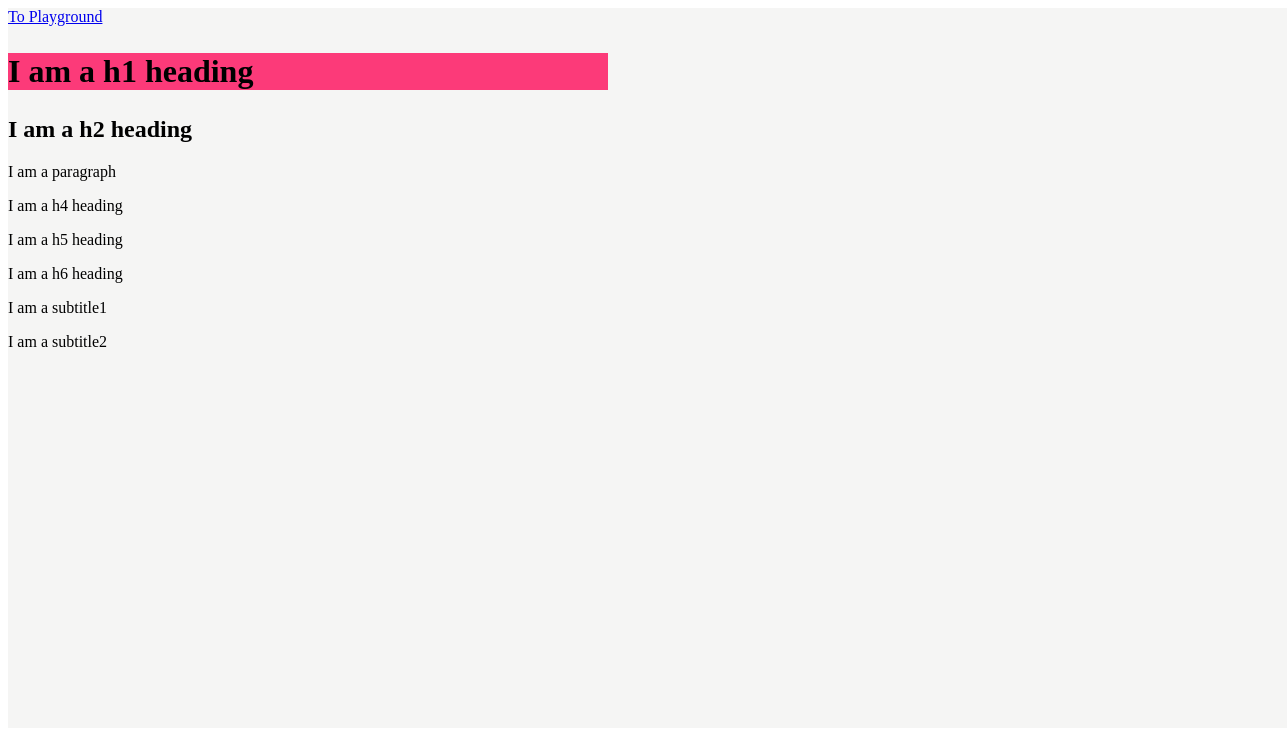
Repository: Terrycoco/coco-playground-starter
Page: /
The author's editor kept a copy of each file at every save. The page is drawn from the files as they stood at one save, then again after the next save.
The browser window is 1280 px wide. The page is 1287 px wide, so the pictures cover 1287 px, including what lies to the right of the window. The pictures show the whole page.
Some web fonts or font styles are not loaded; a fallback is used. The project was rebuilt for these pictures with package versions that can differ from the ones it lists, and the page was loaded fresh each time. The framework's server and built-in components were replaced by stand-ins that run in the browser. Also part of the build but not shown: next.config.js, src/dev/components/dropdowns/ColorDropdown.js, src/dev/components/dropdowns/FontDropdown.js, src/dev/components/dropdowns/Dropdown.js.

Above is the page before, as saved 2023-02-17 12:29:26.

### src/pages/_app.js
import "@/styles/theme.css";
import Head from "next/head";
import { ThemeProvider, ViewportProvider } from "@/context";
import "../libraries/fontawesome";
import { fontVariables } from "@/utils/fonts";

export default function App({ Component, pageProps }) {
  return (
    <div>
      <ViewportProvider>
        <ThemeProvider key="themeprovider">
          <Head>
            <meta
              name="viewport"
              content="width=device-width, initial-scale=1.0"
            />
          </Head>

          <Component {...pageProps} />
        </ThemeProvider>
      </ViewportProvider>
    </div>
  );
}

### src/pages/index.js
import Head from "next/head";
import Image from "next/image";
import { Inter } from "@next/font/google";
import Link from "next/link";
import Page from "@/components/layout/Page";
//import styles from "@/styles/Home.module.css";

import { ColorDropdown } from "@/dev/components/dropdowns";

const inter = Inter({ subsets: ["latin"] });

export default function Home() {
  return (
    <>
      <Head>
        <title>Create Next App</title>
        <meta name="description" content="Generated by create next app" />
        <meta name="viewport" content="width=device-width, initial-scale=1" />
        <link rel="icon" href="/favicon.ico" />
      </Head>
      <main>
        <Page>
          <Link
            type="button"
            className="inline-block px-6 py-2.5 bg-blue-600 text-white font-medium text-xs leading-tight uppercase rounded shadow-md hover:bg-blue-700 hover:shadow-lg focus:bg-blue-700 focus:shadow-lg focus:outline-none focus:ring-0 active:bg-blue-800 active:shadow-lg transition duration-150 ease-in-out"
            href="/playground"
          >
            To Playground
          </Link>
          <section style={{ maxWidth: "600px" }}>
            <h1
              key={Math.random()}
              elem="h1"
              style={{
                backgroundColor: "var(--clr-primary)",
                fontFamily: "var(--font-display)",
              }}
            >
              I am a h1 heading
            </h1>

            <h2 key={Math.random()} elem="h2">
              I am a h2 heading
            </h2>
            <p key={Math.random()} elem="h3">
              I am a paragraph
            </p>
            <p key={Math.random()} elem="h4">
              I am a h4 heading
            </p>

            <p key={Math.random()} elem="h5">
              I am a h5 heading
            </p>
            <p key={Math.random()} elem="h6">
              I am a h6 heading
            </p>
            <p key={Math.random()} elem="subtitle1">
              I am a subtitle1
            </p>
            <p key={Math.random()} elem="subtitle2">
              I am a subtitle2
            </p>
          </section>
        </Page>
      </main>
    </>
  );
}

### src/styles/theme.css
/*THIS FILE IS AUTOMATICALLY PRODUCED FROM THEME SETTINGS
DO NOT MAKE CHANGES HERE */

@import "./fonts.css";

:root {
  --mobile: 0em;
  --lg-mobile: 36em;
  --tablet: 48em;
  --laptop: 62em;
  --desktop: 75em;
  --tv: 87.5em;
  --clr-primary: #fc3a79;
  --clr-secondary: #fe572e;
  --clr-blackish: #261f22;
  --clr-whitish: #f5f5f4;
  --clr-error: #dc2626;
  --font-body: var(--font-montserrat);
  --font-display: var(--font-josefin-sans);
  --font-special: var(--font-oleo-script);
  --font-mono: var(--font-space-mono);
  --font-size: 16px;
}

@media screen and (min-width: var(--lg-mobile)) {
  html {
    font-size: 17px;
  }
}

@media screen and (min-width: var(--tablet)) {
  html {
    font-size: 19px;
  }
}

h1 {
  font-family: var(--font-display);
  font-size: 2rem;
}

### src/context/index.js
import { ThemeProvider } from "./ThemeContext";
import { ViewportProvider } from "./ViewportContext";

module.exports = { ThemeProvider, ViewportProvider };

### src/libraries/fontawesome.js
// import the library
import { library, config } from "@fortawesome/fontawesome-svg-core";

//import your icons
import { faSquare } from "@fortawesome/free-solid-svg-icons";

config.autoAddCss = false;

library.add(
  faSquare
  // more icons go here
);

### src/utils/fonts.js
import { toCamelCase, isOneOf } from "@/utils/strings";

//import from @next/font
import {
  Raleway,
  Inter,
  Space_Mono,
  Playfair_Display,
  Nunito,
  Rubik,
  Work_Sans,
  Quicksand,
  Karla,
  Josefin_Sans,
  //Noto_Sans_Bengali,
  Lora,
  Bitter,
  Roboto_Serif,
  //Noto_Serif_Bengali,
  // Noto_Sans_Display,
  // Noto_Serif_Display,
  Roboto_Mono,
  Comfortaa,
  Open_Sans,
  Oleo_Script,
  Sansita_Swashed,
  Roboto_Flex,
  Montserrat,
} from "@next/font/google";

//load each font (must do this manually UNFORTUNATELY!!!!)
const raleway = Raleway({
  subsets: ["latin"],
  variable: "--font-raleway",
});
const inter = Inter({
  subsets: ["latin"],
  variable: "--font-inter",
});
const spaceMono = Space_Mono({
  subsets: ["latin"],
  variable: "--font-space-mono",
  weight: "400",
});
const playfairDisplay = Playfair_Display({
  subsets: ["latin"],
  variable: "--font-playfair-display",
});
const nunito = Nunito({
  subsets: ["latin"],
  variable: "--font-nunito",
});
const rubik = Rubik({
  subsets: ["latin"],
  variable: "--font-rubik",
});
const workSans = Work_Sans({
  subsets: ["latin"],
  variable: "--font-work-sans",
});
const quicksand = Quicksand({
  subsets: ["latin"],
  variable: "--font-quicksand",
});
const karla = Karla({
  subsets: ["latin"],
  variable: "--font-karla",
});
const josefinSans = Josefin_Sans({
  subsets: ["latin"],
  variable: "--font-josefin-sans",
});
// const notoSansBengali = Noto_Sans_Bengali({
//   subsets: ["latin"],
//   variable: "--font-noto-sans-bengali",
// });
const lora = Lora({
  subsets: ["latin"],
  variable: "--font-lora",
});
const bitter = Bitter({
  subsets: ["latin"],
  variable: "--font-bitter",
});
const robotoSerif = Roboto_Serif({
  subsets: ["latin"],
  variable: "--font-roboto-serif",
});
// const notoSerifBengali = Noto_Serif_Bengali({
//   subsets: ["latin"],
//   variable: "--font-noto-serif-bengali",
// });

// const notoSansDisplay = Noto_Sans_Display({
//   subsets: ["latin"],
//   variable: "--font-noto-sans-display",
// });
// const notoSerifDisplay = Noto_Serif_Display({
//   subsets: ["latin"],
//   variable: "--font-noto-serif-display",
// });
const robotoMono = Roboto_Mono({
  subsets: ["latin"],
  variable: "--font-roboto_mono",
});
const comfortaa = Comfortaa({
  subsets: ["latin"],
  variable: "--font-comfortaa",
});
const openSans = Open_Sans({
  subsets: ["latin"],
  variable: "--font-open_sans",
});
const oleoScript = Oleo_Script({
  subsets: ["latin"],
  variable: "--font-oleo-script",
  weight: "400",
});
const sansitaSwashed = Sansita_Swashed({
  subsets: ["latin"],
  variable: "--font-sansita-swashed",
});
const robotoFlex = Roboto_Flex({
  subsets: ["latin"],
  variable: "--font-roboto-flex",
});
const montserrat = Montserrat({
  subsets: ["latin"],
  variable: "--font-montserrat",
});

//add the result to font list so we can access
const fonts = {
  raleway: {
    category: ["sans"],
    name: "Raleway",
    config: raleway,
  },
  inter: {
    category: ["sans"],
    name: "Inter",
    config: inter,
  },
  spaceMono: {
    category: ["mono"],
    name: "Space Mono",
    config: spaceMono,
  },
  playfairDisplay: {
    category: ["display"],
    name: "Playfair Display",
    config: playfairDisplay,
  },

  nunito: {
    category: ["sans"],
    name: "Nunito",
    config: nunito,
  },

  rubik: {
    category: ["sans"],
    name: "Rubik",
    config: rubik,
  },

  workSans: {
    category: ["sans"],
    name: "Work Sans",
    config: workSans,
  },
  quicksand: {
    category: ["sans"],
    name: "Quicksand",
    config: quicksand,
  },

  karla: {
    category: ["sans"],
    name: "Karla",
    config: karla,
  },
  josefinSans: {
    category: ["sans"],
    name: "Josefin Sans",
    config: josefinSans,
  },
  // notoSansBengali: {
  //   category: ["sans"],
  //   name: "Noto Sans Bengali",
  //   config: notoSansBengali,
  // },
  lora: {
    category: ["serif"],
    name: "Lora",
    config: lora,
  },
  bitter: {
    category: ["serif"],
    name: "Bitter",
    config: bitter,
  },
  robotoSerif: {
    category: ["serif"],
    name: "Roboto Serif",
    config: robotoSerif,
  },

  // notoSerifBengali: {
  //   category: ["serif"],
  //   name: "Noto Serif Bengali",
  //   config: notoSerifBengali,
  // },
  // notoSansDisplay: {
  //   category: ["display"],
  //   name: "Noto Sans Display",
  //   config: notoSansDisplay,
  // },
  // notoSerifDisplay: {
  //   category: ["display"],
  //   name: "Noto Serif Display",
  //   config: notoSerifDisplay,
  // },
  robotoMono: {
    category: ["mono"],
    name: "Roboto Mono",
    config: robotoMono,
  },
  comfortaa: {
    category: ["display"],
    name: "Comfortaa",
    config: comfortaa,
  },
  openSans: {
    category: ["display", "sans"],
    name: "Open Sans",
    config: openSans,
  },
  oleoScript: {
    category: ["display", "special"],
    name: "Oleo Script",
    config: oleoScript,
  },
  sansitaSwashed: {
    category: ["display", "special"],
    name: "Sansita Swashed",
    config: sansitaSwashed,
  },
  robotoFlex: {
    category: ["sans", "display", "special"],
    name: "Roboto Flex",
    config: robotoFlex,
  },
  montserrat: {
    category: ["sans", "display", "special"],
    name: "Montserrat",
    config: montserrat,
  },
};

//just return variables for use in _app (dev only)
const allFontVariables = () => {
  let result = ` `;
  for (const font in fonts) {
    result += `${fonts[font].config.variable} `;
  }
  return result;
};

//just return variables for use in _app (dev only)
const allFontClassNames = () => {
  let result = ` `;
  for (const font in fonts) {
    result += `${fonts[font].config.className} `;
  }
  return result;
};

const getFontsByCategory = () => {
  let result = {
    sans: [],
    serif: [],
    display: [],
    mono: [],
    special: [],
  };

  const fontKeys = Object.keys(fonts);

  fontKeys.forEach((fontkey) => {
    let fontObj = fonts[fontkey];

    for (const cat in fontObj.category) {
      let category = fontObj.category[cat];

      result[category].push(fontObj.name);
    }
  });

  result.sans.sort();
  result.serif.sort();
  result.display.sort();
  result.mono.sort();
  result.special.sort();
  // console.log("font list:", result);
  return result;
};

const getFontByName = (name) => {
  let varname = name.replace(" ", "");
  let key = varname[0].toLowerCase() + varname.substring(1);
  let obj = fonts[key];
  return obj;
};

const getFontClassName = (name) => {
  let obj = getFontByName(name);
  if (typeof obj === "object") {
    console.log(name, " classname:", obj.config.className);
    return obj.config.className;
  } else {
    return "";
  }
};

const getFontVariable = (name) => {
  let str = name.replaceAll(" ", "-").toLowerCase();
  return `var(--font-${str})`;
};

const getFontNameFromVar = (variable = "") => {
  if (variable.length === 0) return;
  let str = variable.slice(11, variable.length - 1);

  // TODO: futureproof list of theme categories
  if (isOneOf(str, ["body", "display", "special", "mono"])) {
    return str;
  }
  let words = str.split("-");
  words = words.map((word) => {
    return word[0].toUpperCase() + word.substring(1);
  });
  return words.join(" ");
};

const fontVariables = allFontVariables();
const fontClassNames = allFontClassNames();

export {
  getFontsByCategory,
  fontVariables,
  fontClassNames,
  fonts,
  getFontByName,
  getFontClassName,
  getFontVariable,
  getFontNameFromVar,
};

### src/components/layout/Page.js
import styled from "styled-components";
import { useTheme, useViewport } from "@/hooks";

let StyledPage = styled.div`
  min-height: 100vh;
  width: calc(100vw - 1px);
  overflow-x: hidden;
  overflow-y: auto;
  z-index: 0;
  background-color: white;
`;

const Page = (props) => {
  const { theme } = useTheme();
  const { width } = useViewport();
  const breakpoint = 620;

  return (
    <StyledPage
      style={theme.layout.page}
      {...props}
      onClick={(e) =>
        props.onClick ? props.onClick(e, "layout", "page") : null
      }
    >
      {props.children}
    </StyledPage>
  );
};

export default Page;

### src/dev/components/dropdowns/index.js
import ColorDropdown from "./ColorDropdown";
import FontDropdown from "./FontDropdown";
import Dropdown from "./Dropdown";

module.exports = { ColorDropdown, FontDropdown, Dropdown };

### src/styles/fonts.css
:root {
  /* in alphabetical order */
  --font-bitter: "__Bitter_0c9f22", "__Bitter_Fallback_0c9f22";

  --font-comfortaa: "__Comfortaa_9d0dbd", "__Comfortaa_Fallback_9d0dbd";

  --font-inter: "__Inter_9c9965", "__Inter_Fallback_9c9965";

  --font-josefin-sans: "__Josefin_Sans_d19b53", "__Josefin_Sans_Fallback_d19b53";

  --font-karla: "__Karla_6f438c", "__Karla_Fallback_6f438c";

  --font-lora: "__Lora_96312a", "__Lora_Fallback_96312a";

  --font-montserrat: "__Montserrat_258d1f", "__Montserrat_Fallback_258d1f";

  --font-nunito: "__Nunito_81bb96", "__Nunito_Fallback_81bb96";

  --font-oleo-script: "__Oleo_Script_5e044c", "__Oleo_Script_Fallback_5e044c";
  --font-open_sans: "__Open_Sans_d8c39e", "__Open_Sans_Fallback_d8c39e";

  --font-playfair-display: "__Playfair_Display_267efd",
    "__Playfair_Display_Fallback_267efd";

  --font-quicksand: "__Quicksand_db5bc9", "__Quicksand_Fallback_db5bc9";

  --font-raleway: "__Raleway_6a7471", "__Raleway_Fallback_6a7471";
  --font-roboto-flex: "__Roboto_Flex_442174", "__Roboto_Flex_Fallback_442174";
  --font-roboto_mono: "__Roboto_Mono_77395d", "__Roboto_Mono_Fallback_77395d";
  --font-roboto-serif: "__Roboto_Serif_e3f065", "__Roboto_Serif_Fallback_e3f065";
  --font-rubik: "__Rubik_5adf47", "__Rubik_Fallback_5adf47";

  --font-sansita-swashed: "__Sansita_Swashed_04f9e8",
    "__Sansita_Swashed_Fallback_04f9e8";
  --font-space-mono: "__Space_Mono_f90887", "__Space_Mono_Fallback_f90887";

  --font-work-sans: "__Work_Sans_df66b1", "__Work_Sans_Fallback_df66b1";
}

### src/context/ThemeContext.js
import { createContext, useState, useContext } from "react";
import { initVariants } from "@/dev/utils/colorUtils";
import { currentTheme as mytheme } from "@/themes";

//create context object with defaults
export const ThemeContext = createContext({
  theme: {},
  setTheme: () => {},
});

//export Provider
export function ThemeProvider(props) {
  const setTheme = (theme) => {
    setState({ ...state, theme: theme });
  };
  const initState = {
    theme: initVariants(mytheme),
    setTheme: setTheme,
  };

  const [state, setState] = useState(initState);
  // console.log("initialTheme: , ", state);
  return (
    <ThemeContext.Provider value={state}>
      {props.children}
    </ThemeContext.Provider>
  );
}

//export useContext hook
export function useTheme() {
  return useContext(ThemeContext);
}

### src/context/ViewportContext.js
import { useContext, createContext, useState, useEffect } from "react";

export const viewportContext = createContext({});

export const ViewportProvider = ({ children }) => {
  const [width, setWidth] = useState(0); //avoid window not defined error

  const handleWindowResize = () => {
    setWidth(window.innerWidth);
  };

  useEffect(() => {
    //lets set initial size here
    setWidth(window.innerWidth);
    //and listen for changes
    window.addEventListener("resize", handleWindowResize);

    return () => window.removeEventListener("resize", handleWindowResize);
  }, []);

  return (
    <viewportContext.Provider value={{ width }}>
      {children}
    </viewportContext.Provider>
  );
};

export const useViewport = () => {
  const { width } = useContext(viewportContext);
  return { width };
};

### src/utils/strings.js
function toCamelCase(str) {
  return str
    .split(" ")
    .map(function (word, index) {
      // If it is the first word make sure to lowercase all the chars.
      if (index == 0) {
        return word.toLowerCase();
      }
      // If it is not the first word only upper case the first char and lowercase the rest.
      return word.charAt(0).toUpperCase() + word.slice(1).toLowerCase();
    })
    .join("");
}

function isOneOf(yourString, arrayToSearch) {
  return arrayToSearch.some((substring) => yourString.includes(substring));
}

module.exports = { toCamelCase, isOneOf };

### src/hooks/index.js
import useTheme from "@/hooks/useTheme";
import useViewport from "@/hooks/useViewport";

module.exports = { useTheme, useViewport };

### src/dev/utils/colorUtils.js
const getPctOfHex = (hex, pct) => {
  //incoming pct is pct opacity of orig color
  let inverted = 100 - pct;
  //convert incoming to hsl
  let hsl = hexToHSL(hex);

  //current lightness is 0%;
  let currentLightPct = hsl.l;
  let remainingLightPct = 100 - currentLightPct;
  let onepct = remainingLightPct / 100;
  let desiredPct = onepct * inverted + currentLightPct;
  let result = HSLToHex(hsl.h, hsl.s, desiredPct);
  return result;
};

function hexToHSL(H) {
  // Convert hex to RGB first
  let r = 0,
    g = 0,
    b = 0;
  if (H.length == 4) {
    r = "0x" + H[1] + H[1];
    g = "0x" + H[2] + H[2];
    b = "0x" + H[3] + H[3];
  } else if (H.length == 7) {
    r = "0x" + H[1] + H[2];
    g = "0x" + H[3] + H[4];
    b = "0x" + H[5] + H[6];
  }
  // Then to HSL
  r /= 255;
  g /= 255;
  b /= 255;
  let cmin = Math.min(r, g, b),
    cmax = Math.max(r, g, b),
    delta = cmax - cmin,
    h = 0,
    s = 0,
    l = 0;

  if (delta == 0) h = 0;
  else if (cmax == r) h = ((g - b) / delta) % 6;
  else if (cmax == g) h = (b - r) / delta + 2;
  else h = (r - g) / delta + 4;

  h = Math.round(h * 60);

  if (h < 0) h += 360;

  l = (cmax + cmin) / 2;
  s = delta == 0 ? 0 : delta / (1 - Math.abs(2 * l - 1));
  s = +(s * 100).toFixed(1);
  l = +(l * 100).toFixed(1);

  return { h: h, s: s, l: l };
}

function HSLToHex(h, s, l) {
  s /= 100;
  l /= 100;

  let c = (1 - Math.abs(2 * l - 1)) * s,
    x = c * (1 - Math.abs(((h / 60) % 2) - 1)),
    m = l - c / 2,
    r = 0,
    g = 0,
    b = 0;

  if (0 <= h && h < 60) {
    r = c;
    g = x;
    b = 0;
  } else if (60 <= h && h < 120) {
    r = x;
    g = c;
    b = 0;
  } else if (120 <= h && h < 180) {
    r = 0;
    g = c;
    b = x;
  } else if (180 <= h && h < 240) {
    r = 0;
    g = x;
    b = c;
  } else if (240 <= h && h < 300) {
    r = x;
    g = 0;
    b = c;
  } else if (300 <= h && h < 360) {
    r = c;
    g = 0;
    b = x;
  }
  // Having obtained RGB, convert channels to hex
  r = Math.round((r + m) * 255).toString(16);
  g = Math.round((g + m) * 255).toString(16);
  b = Math.round((b + m) * 255).toString(16);

  // Prepend 0s, if necessary
  if (r.length == 1) r = "0" + r;
  if (g.length == 1) g = "0" + g;
  if (b.length == 1) b = "0" + b;

  return "#" + r + g + b;
}

const updateVariants = (category, passedtheme) => {
  let newtheme = Object.assign({}, passedtheme);
  //just reset theme variants for one base
  let hex = passedtheme.colors[category];
  let keys = [75, 50, 25, 10, 5];

  if (!newtheme.hasOwnProperty("colorVariants")) {
    newtheme.colorVariants = {};
  }

  let variantsObj = newtheme.colorVariants;

  keys.forEach((key) => {
    let val = getPctOfHex(hex, key);
    let newkey = `${category}${key}`;
    variantsObj[newkey] = val;
  });

  //passedtheme.colors[category] = variants;
  // console.log("variants updated: ", newtheme);
  return newtheme;
};

export const initVariants = (passedtheme) => {
  // let newtheme = Object.assign({}, passedtheme);

  const myColors = Object.keys(passedtheme.colors);
  let newtheme;

  for (const idx in myColors) {
    let category = myColors[idx];
    //not for error or whitish
    if (category !== "error" && category !== "whitish") {
      newtheme = updateVariants(category, passedtheme);
    }
  } //end for

  //console.log("variants initialized", newtheme);
  return newtheme;
};

### src/themes/index.js
import learn from "./learn.js";

let currentTheme = learn;

module.exports = { currentTheme };

### src/hooks/useTheme.js
import { useTheme } from "@/context/ThemeContext";

export default useTheme;

### src/hooks/useViewport.js
import { useViewport } from "@/context/ViewportContext";

export default useViewport;

### src/themes/learn.js
const screens = {
  //min widths
  mobile: "0em",
  lgMobile: "36em", //576px
  tablet: "48em", //768px
  laptop: "62em", //992
  desktop: "75em", //1200px
  tv: "87.5em", //1400px
};

const colors = {
  primary: "#fc3a79",
  secondary: "#fe572e",
  blackish: "#261f22",
  whitish: "#f5f5f4",
  error: "#dc2626",
};

const colorVariants = {};

const fonts = {
  body: "Montserrat",
  display: "Josefin Sans",
  special: "Oleo Script",
  mono: "Space Mono",
};

const text = {
  h1: {
    color: colors.blackish,
    fontFamily: "var(--font-display)",
    fontSize: "6.063rem",
    fontWeight: "lighter",
    lineHeight: 1,
    letterSpacing: "-1.5px",
    wordSpacing: "-5px",
  },
  h2: {
    color: colors.blackish,
    fontFamily: "var(--font-display)",
    fontSize: "4.75rem",
    fontWeight: "lighter",
    lineHeight: 1.1,
    letterSpacing: "-0.5px",
  },
  h3: {
    color: colors.blackish,
    fontFamily: "var(--font-display)",
    fontSize: "4.8rem",
    fontWeight: "normal",
    lineHeight: 1.4,
    letterSpacing: 0,
  },
  h4: {
    color: colors.blackish,
    fontFamily: "var(--font-display)",
    fontSize: "3.4rem",
    fontWeight: "normal",
    lineHeight: 1.4,
    letterSpacing: ".25px",
  },
  h5: {
    color: colors.blackish,
    fontFamily: "var(--font-display)",
    fontSize: "2.4rem",
    fontWeight: "normal",
    lineHeight: 1.4,
    letterSpacing: 0,
  },
  h6: {
    color: colors.blackish,
    fontFamily: "var(--font-display)",
    fontSize: "2rem",
    fontWeight: "medium",
    lineHeight: 1.4,
    letterSpacing: ".15px",
  },
  subtitle1: {
    color: colors.blackish,
    fontFamily: "var(--font-display)",
    fontSize: "1.6rem",
    fontWeight: "normal",
    lineHeight: 1.4,
    letterSpacing: ".15px",
  },
  subtitle2: {
    color: colors.blackish,
    fontFamily: "var(--font-display)",
    fontSize: "1.4rem",
    fontWeight: "medium",
    lineHeight: 1.4,
    letterSpacing: ".1px",
  },
};

const layout = {
  page: {
    backgroundColor: colors.whitish,
  },
};

let theme = { screens, colors, colorVariants, fonts, text, layout };

module.exports = theme;

Loaded but not shown: src/pages/_document.js (common file)

After the next save:
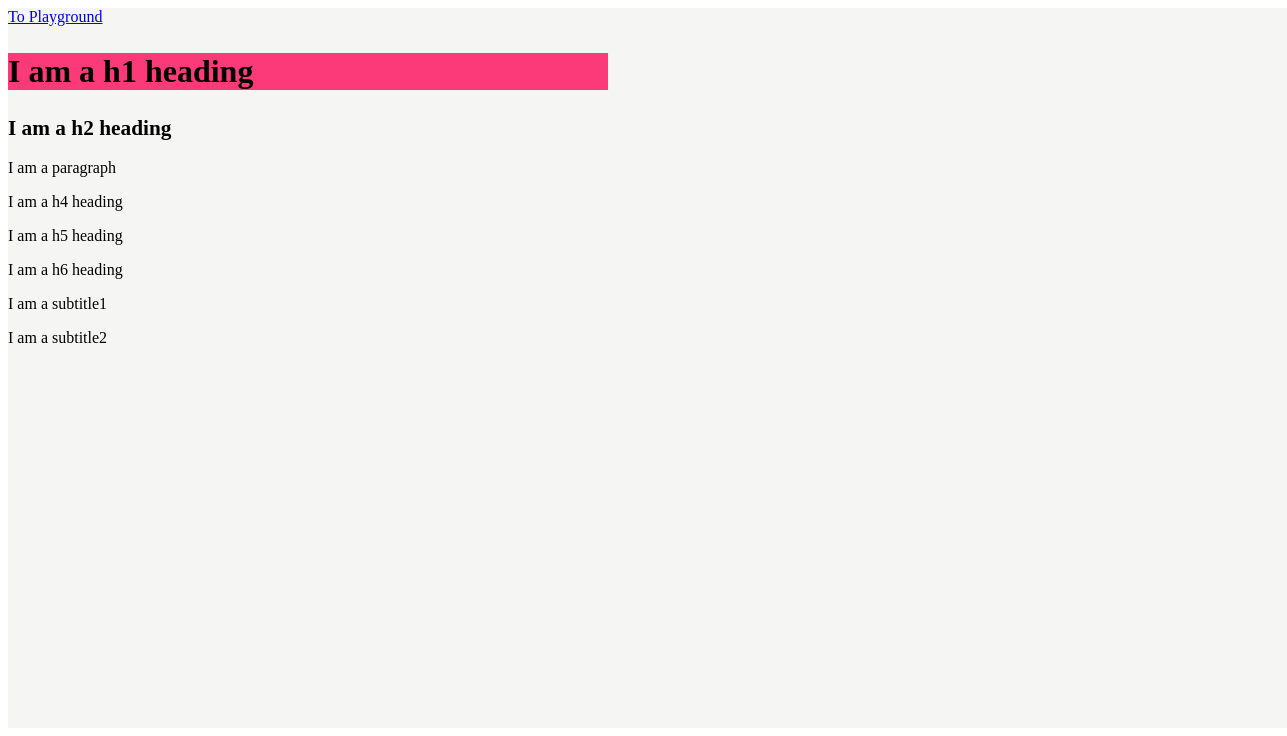
Saved 51 s later.
--- a/src/styles/theme.css
+++ b/src/styles/theme.css
@@ -38,3 +38,8 @@ h1 {
   font-family: var(--font-display);
   font-size: 2rem;
 }
+
+h2 {
+  font-family: var(--font-display);
+  font-size: 1.333rem;
+}
